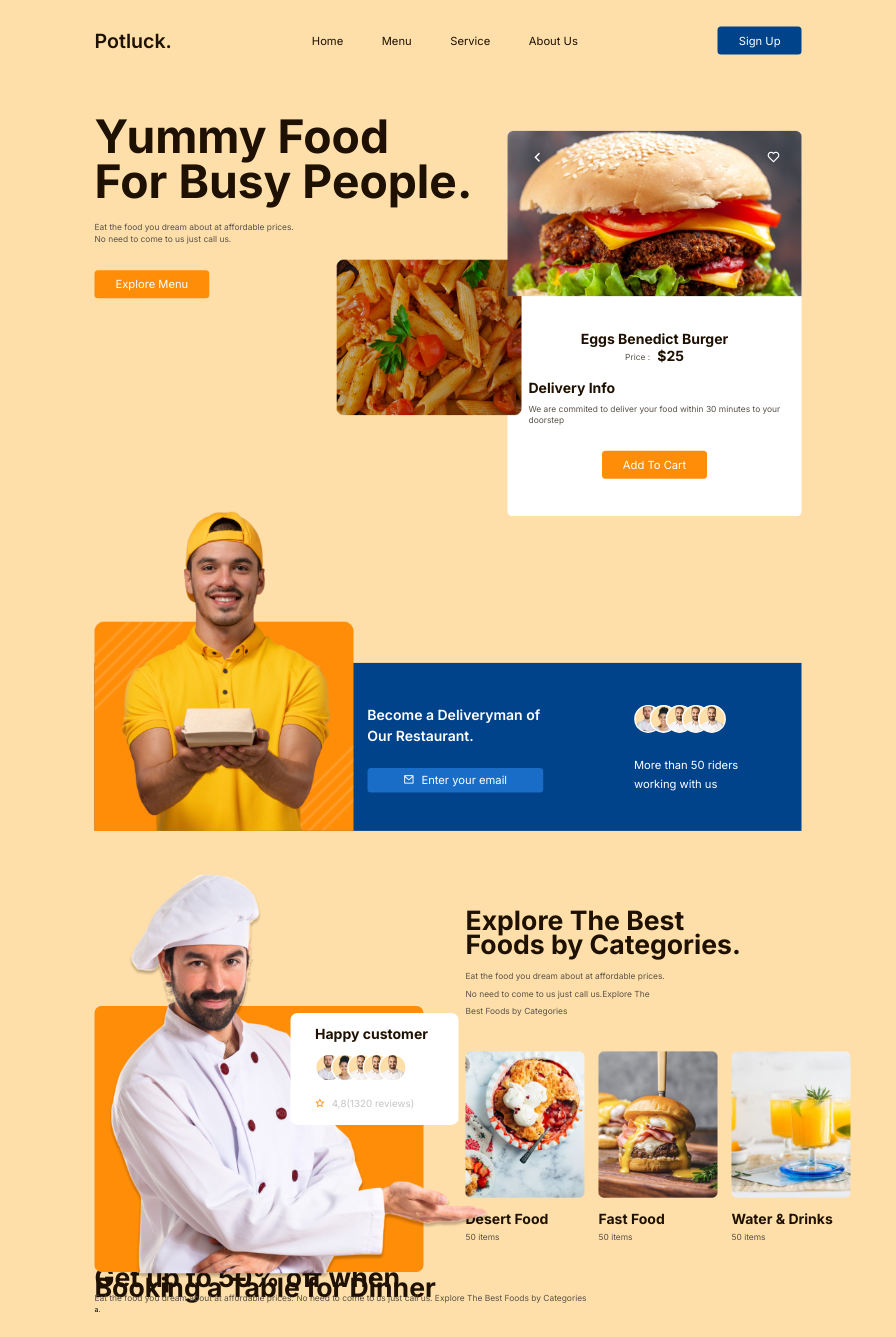
Repository: kien181999/potluck-restaurant-landing
Page: index.html
The author's editor kept a copy of each file at every save. The page is drawn from the files as they stood at one save, then again after the next save.
The browser window is 1280 px wide. The pictures show the whole page, at 70% of full size.
The style sheet was rebuilt from its Sass, Less or Tailwind sources for each picture, by a compiler version that may differ from the author's.

Above is the page before, as saved 2022-06-20 21:49:45.

After the next save:
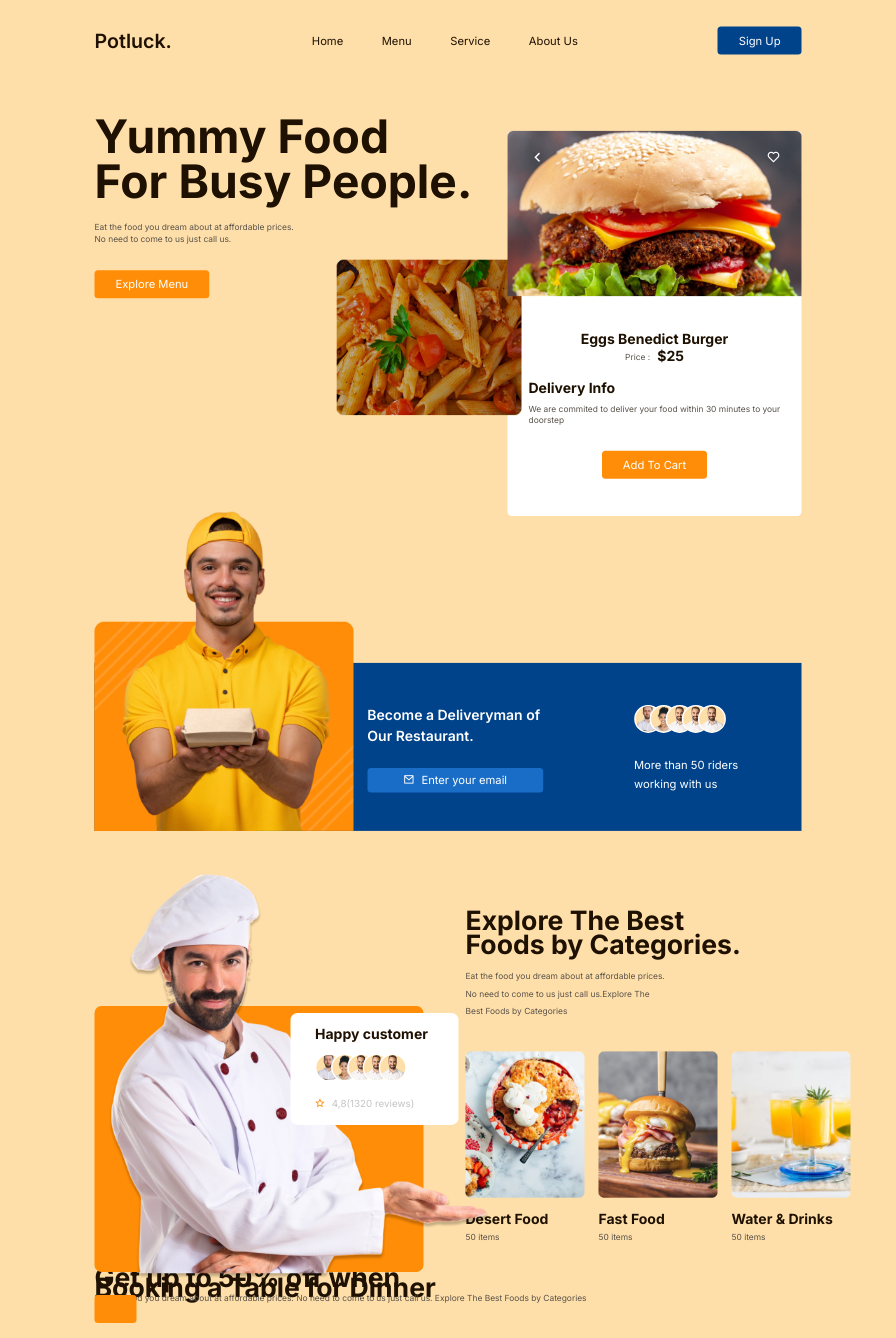
Saved 6 s later.
--- a/index.html
+++ b/index.html
@@ -190,7 +190,7 @@
                 <span class="heading-span">us just call us. Explore The Best Foods by Categories</span>
             </div>
             <div class="feature__button">
-                a.
+                <a href="" class="btn__yellow"></a>
             </div>
         </section>
     </div>
